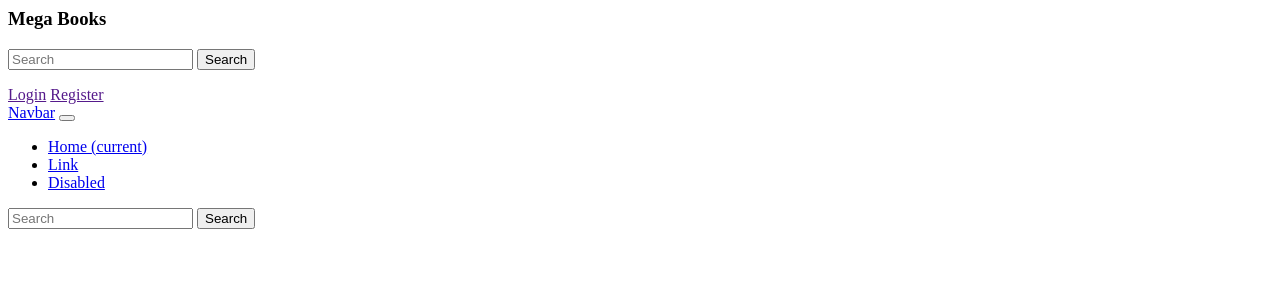
Repository: UsmanGhias/Java-Project
Page: http://localhost/Ebook_App/all_component/navbar.jsp
These files come from the project's save history. The page is drawn as it stood at one moment and after the next save; the edit follows.
The browser window is 1280 px wide. The pictures show the whole page.
The page is served by Tomcat 9.

Above is the page before, as saved 2023-02-07 07:11:51.

After the next save:
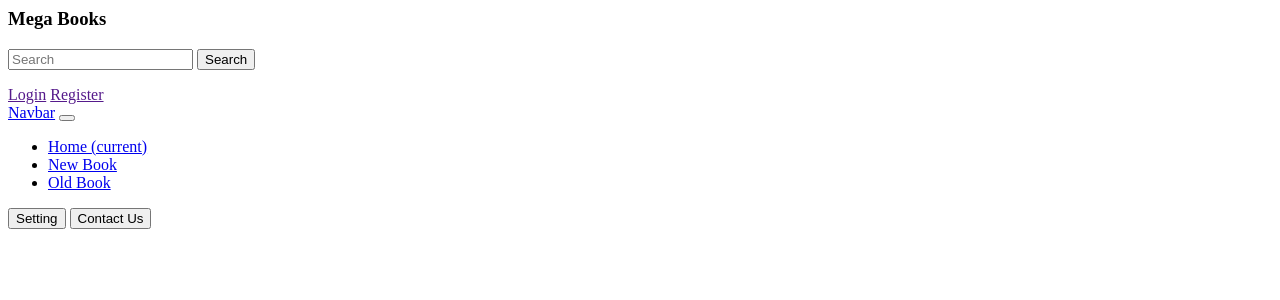
Saved 6 min 45 s later.
--- a/Online Book Managment System/Ebook_App/src/main/webapp/all_component/navbar.jsp
+++ b/Online Book Managment System/Ebook_App/src/main/webapp/all_component/navbar.jsp
@@ -35,15 +35,15 @@
 			<li class="nav-item active"><a class="nav-link" href="#">Home
 					<span class="sr-only">(current)</span>
 			</a></li>
-			<li class="nav-item"><a class="nav-link" href="#">Link</a></li>
+			<li class="nav-item active "><a class="nav-link" href="#">New Book</a></li>
 
-			<li class="nav-item"><a class="nav-link disabled" href="#">Disabled</a>
+			<li class="nav-item active"><a class="nav-link disabled" href="#">Old Book</a>
 			</li>
 		</ul>
 		<form class="form-inline my-2 my-lg-0">
-			<input class="form-control mr-sm-2" type="search"
-				placeholder="Search" aria-label="Search">
-			<button class="btn btn-outline-success my-2 my-sm-0" type="submit">Search</button>
+			<button class="btn btn-light my-2 my-sm-0" type="submit">Setting</button>
+			<button class="btn btn-light my-2 my-sm-0" type="submit">Contact Us</button>
+
 		</form>
 	</div>
 </nav>
